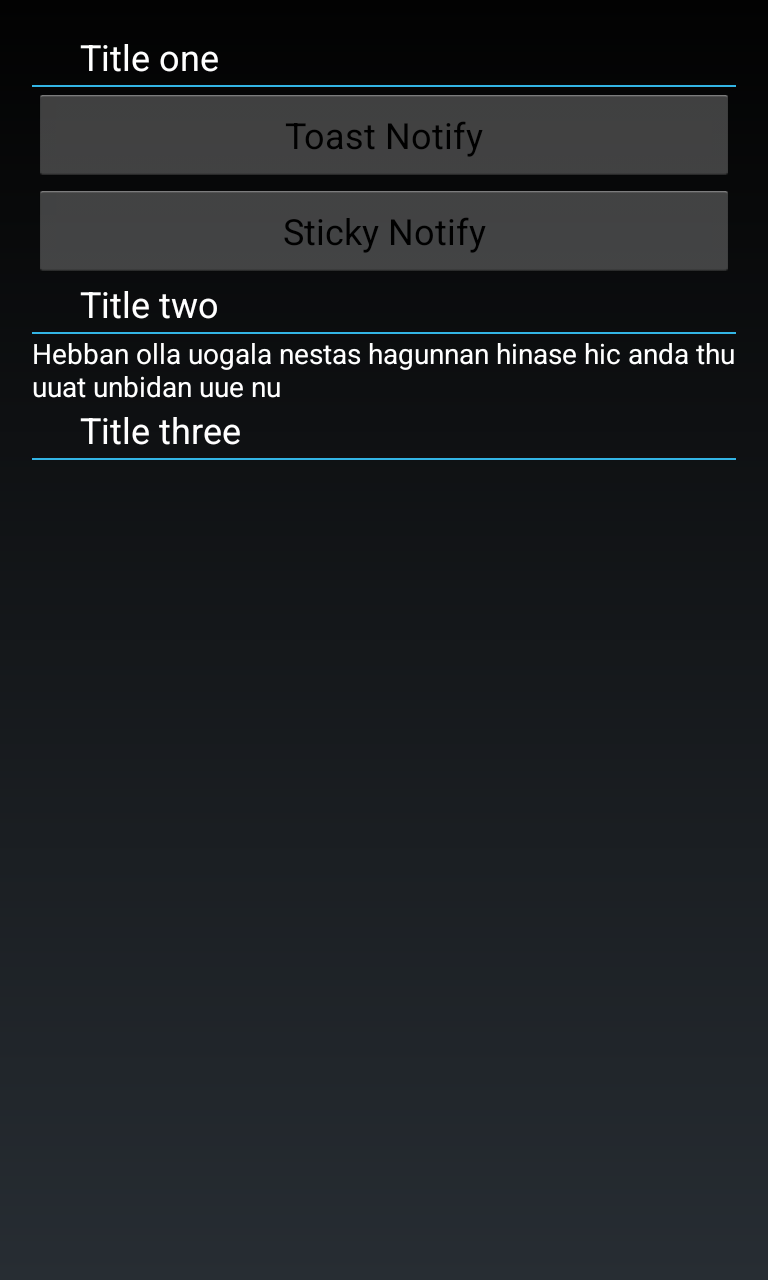
Repository: zubke/NotifyLib
Layout: Android-NotifySample/res/layout/activity_main.xml
An editor plug-in stored every save of this project. The layout is shown before and after the next save, followed by the edit.
It is drawn on a 768 x 1280 px phone screen (xhdpi) without system bars, with theme AppTheme; the app's code is not run.

Above is the layout before, as saved 2013-10-07 19:36:24.

### Android-NotifySample/res/layout/activity_main.xml
<?xml version="1.0" encoding="utf-8"?>
<ScrollView xmlns:android="http://schemas.android.com/apk/res/android"
    android:layout_width="fill_parent"
    android:layout_height="fill_parent"
    android:background="@drawable/app_background" >

    <LinearLayout
        android:layout_width="match_parent"
        android:layout_height="wrap_content"
        android:orientation="vertical"
        android:paddingBottom="@dimen/activity_vertical_margin"
        android:paddingLeft="@dimen/activity_horizontal_margin"
        android:paddingRight="@dimen/activity_horizontal_margin"
        android:paddingTop="@dimen/activity_vertical_margin" >

        <TextView
            style="@style/Title"
            android:layout_width="wrap_content"
            android:layout_height="wrap_content"
            android:text="@string/title_one" />

        <View
            android:layout_width="match_parent"
            android:layout_height="@dimen/divider_height"
            android:layout_marginTop="@dimen/view_margin_top"
            android:background="@color/ics_blue_main" />

        <Button
            android:id="@+id/button1"
            android:layout_width="match_parent"
            android:layout_height="wrap_content"
            android:layout_below="@+id/textView1"
            android:text="Toast Notify" />

        <Button
            android:id="@+id/button2"
            android:layout_width="match_parent"
            android:layout_height="wrap_content"
            android:layout_below="@+id/button1"
            android:text="Sticky Notify" />

        <TextView
            style="@style/Title"
            android:layout_width="wrap_content"
            android:layout_height="wrap_content"
            android:text="@string/title_two" />

        <View
            android:layout_width="match_parent"
            android:layout_height="@dimen/divider_height"
            android:layout_marginTop="@dimen/view_margin_top"
            android:background="@color/ics_blue_main" />

         <TextView
            style="@style/Content"
            android:layout_width="match_parent"
            android:layout_height="wrap_content"
            android:text="@string/content_one" />

        <TextView
            style="@style/Title"
            android:layout_width="wrap_content"
            android:layout_height="wrap_content"
            android:text="@string/title_three" />

        <View
            android:layout_width="match_parent"
            android:layout_height="@dimen/divider_height"
            android:layout_marginTop="@dimen/view_margin_top"
            android:background="@color/ics_blue_main" />
    </LinearLayout>

</ScrollView>

### Android-NotifySample/res/values/styles.xml
<resources xmlns:android="http://schemas.android.com/apk/res/android">

    <!--
        Base application theme, dependent on API level. This theme is replaced
        by AppBaseTheme from res/values-vXX/styles.xml on newer devices.
    -->
    <style name="AppBaseTheme" parent="android:Theme.Light">
        <!--
            Theme customizations available in newer API levels can go in
            res/values-vXX/styles.xml, while customizations related to
            backward-compatibility can go here.
        -->
    </style>

    <!-- Application theme. -->
    <style name="AppTheme" parent="AppBaseTheme">
        <!-- All customizations that are NOT specific to a particular API-level can go here. -->
    </style>


    <style name="Title" parent="android:style/Widget.TextView">
        <item name="android:layout_marginLeft">@dimen/title_margin_left</item>
        <item name="android:layout_marginRight">@dimen/title_margin_right</item>
        <item name="android:textAppearance">@android:style/TextAppearance.Medium</item>
        <item name="android:textColor">@color/white</item>
    </style>

    <style name="Content" parent="android:style/Widget.TextView">
        <item name="android:textColor">@color/white</item>
        <item name="android:textAppearance">@android:style/TextAppearance.Small</item>
    </style>

</resources>

### Android-NotifySample/res/drawable/app_background.xml
<?xml version="1.0" encoding="utf-8"?>
<shape
    xmlns:android="http://schemas.android.com/apk/res/android"
    android:shape="rectangle">
    >
<gradient
    android:angle="270"
    android:startColor="#ff020202"
    android:endColor="#ff272D33"
    android:type="linear" />
</shape>

### Android-NotifySample/res/values/dimens.xml
<resources>

    <!-- Default screen margins, per the Android Design guidelines. -->
    <dimen name="activity_horizontal_margin">16dp</dimen>
    <dimen name="activity_vertical_margin">16dp</dimen>
    <!--  Default title margins -->
    <dimen name="title_margin_left">24dp</dimen>
    <dimen name="title_margin_top">18dp</dimen>
	<dimen name="title_margin_right">16dp</dimen>
	<!--  -->
	<dimen name="view_margin_top">2dp</dimen>
	<dimen name="container_margin_top">4dp</dimen>
	<dimen name="divider_height">1dp</dimen>
</resources>

### Android-NotifySample/res/values/strings.xml
<?xml version="1.0" encoding="utf-8"?>
<resources>

    <string name="app_name">Android-NotifySample</string>
    <string name="action_settings">Settings</string>
    <string name="hello_world">Hello world!</string>
	<string name="title_one">Title one</string>
	<string name="title_two">Title two</string>
	<string name="title_three">Title three</string>
	<string name="content_one">Hebban olla uogala nestas hagunnan hinase hic anda thu uuat unbidan uue nu</string>
	<string name="content_two">Hebban olla uogala nestas hagunnan hinase hic anda thu uuat unbidan uue nu</string>
		<string name="content_three">Hebban olla uogala nestas hagunnan hinase hic anda thu uuat unbidan uue nu</string>

</resources>

### Android-NotifySample/res/values/colors.xml
<?xml version="1.0" encoding="utf-8"?>
<resources>

    <color name="ics_blue_main">#33B5E5</color>
    <color name="ics_blue_sec">#0099CC</color>
    <color name="white">#FFFFFF</color>
</resources>

Loaded but not shown: Android-NotifySample/res/values-v11/styles.xml (common file); Android-NotifySample/res/values-v14/styles.xml (common file)

After the next save:
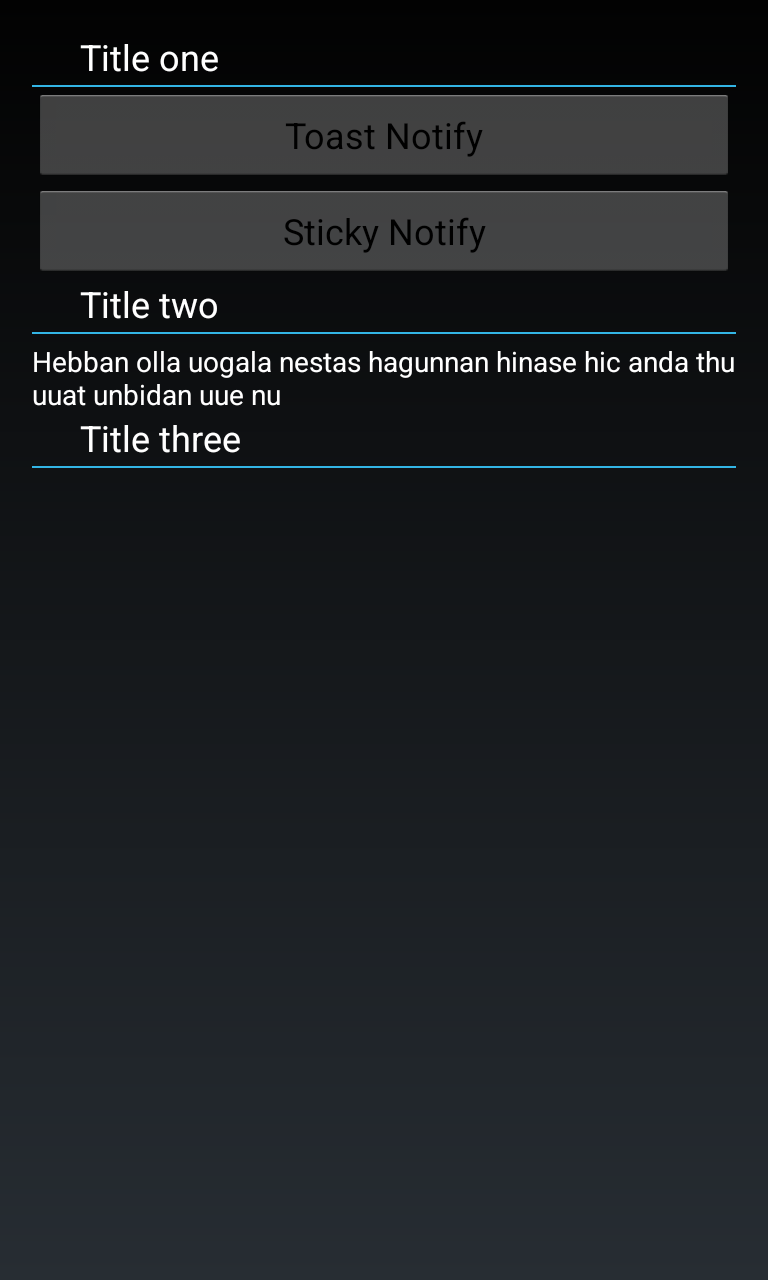
Saved 34 s later.
--- a/Android-NotifySample/res/values/styles.xml
+++ b/Android-NotifySample/res/values/styles.xml
@@ -28,6 +28,7 @@
     <style name="Content" parent="android:style/Widget.TextView">
         <item name="android:textColor">@color/white</item>
         <item name="android:textAppearance">@android:style/TextAppearance.Small</item>
-    </style>
+   		<item name="android:layout_marginTop">@dimen/container_margin_top</item>
+        </style>
 
 </resources>
